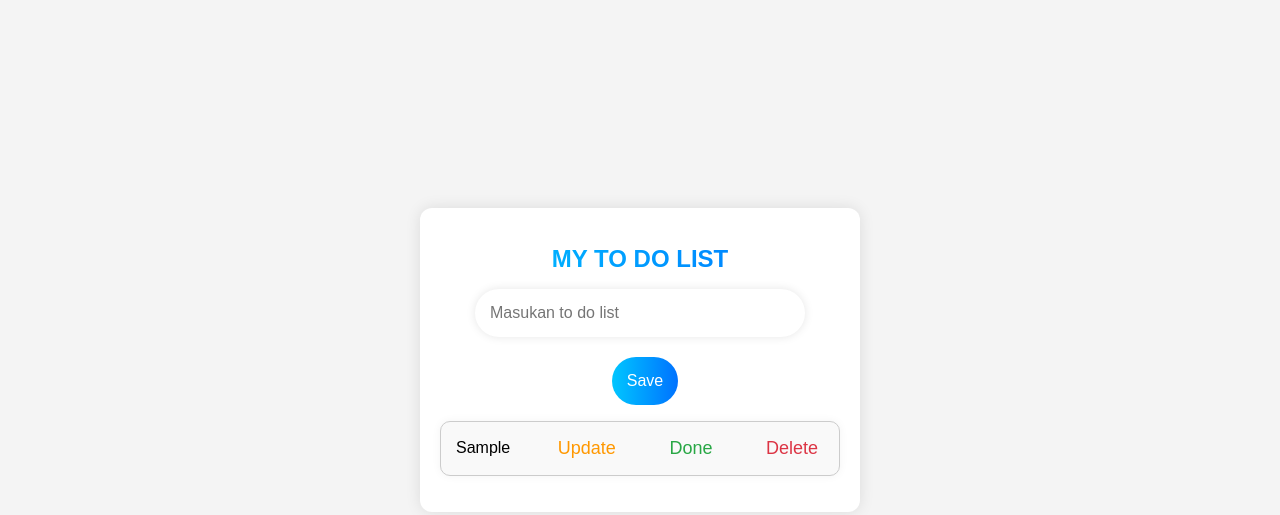
Repository: bianphang/todo-list_vanilla-js
Page: index.html
These files come from the project's save history. The page is drawn as it stood at one moment and after the next save; the edit follows.
The browser window is 1280 px wide. The pictures show the whole page.
Empty fields were first filled with sample values (such as "Sample", 5 or name@example.com).
After loading, the first visible `#add-btn` was clicked once.

Above is the page before, as saved 2024-06-09 12:46:26.

After the next save:
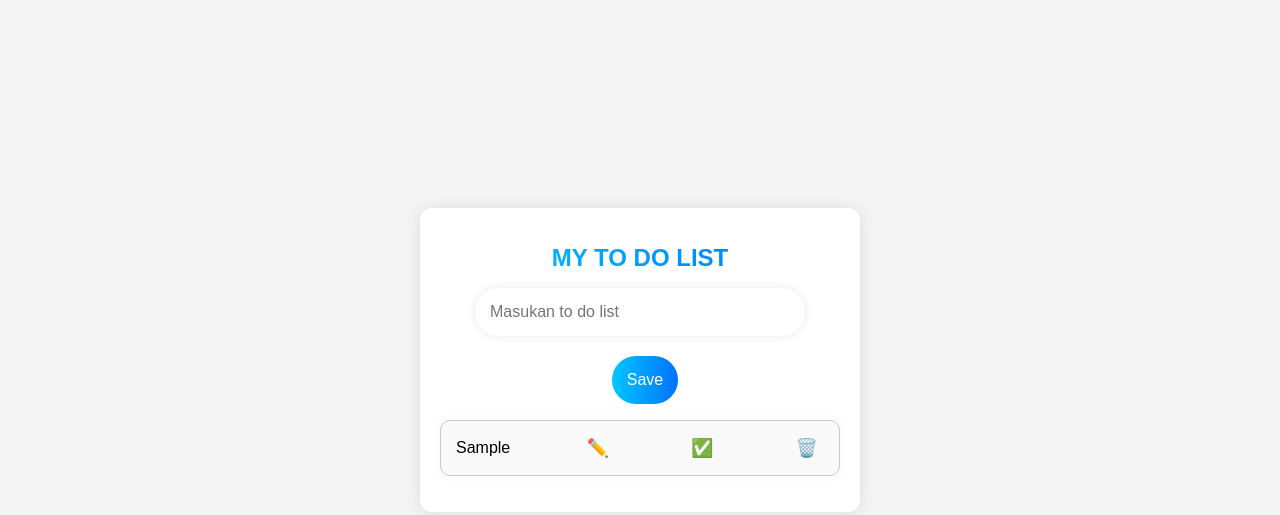
Saved 7 s later.
--- a/script.js
+++ b/script.js
@@ -15,19 +15,19 @@ function addTodo() {
   listItem.appendChild(span);
 
   const updateBtn = document.createElement('button');
-  updateBtn.textContent = 'Update';
+  updateBtn.innerHTML = '✏️';
   updateBtn.className = 'update';
   updateBtn.addEventListener('click', () => updateTodo(span));
   listItem.appendChild(updateBtn);
 
   const doneBtn = document.createElement('button');
-  doneBtn.textContent = 'Done';
+  doneBtn.innerHTML = '✅';
   doneBtn.className = 'done';
   doneBtn.addEventListener('click', () => doneTodo(listItem));
   listItem.appendChild(doneBtn);
 
   const deleteBtn = document.createElement('button');
-  deleteBtn.textContent = 'Delete';
+  deleteBtn.innerHTML = '🗑️';
   deleteBtn.className = 'delete';
   deleteBtn.addEventListener('click', () => deleteTodo(listItem));
   listItem.appendChild(deleteBtn);
